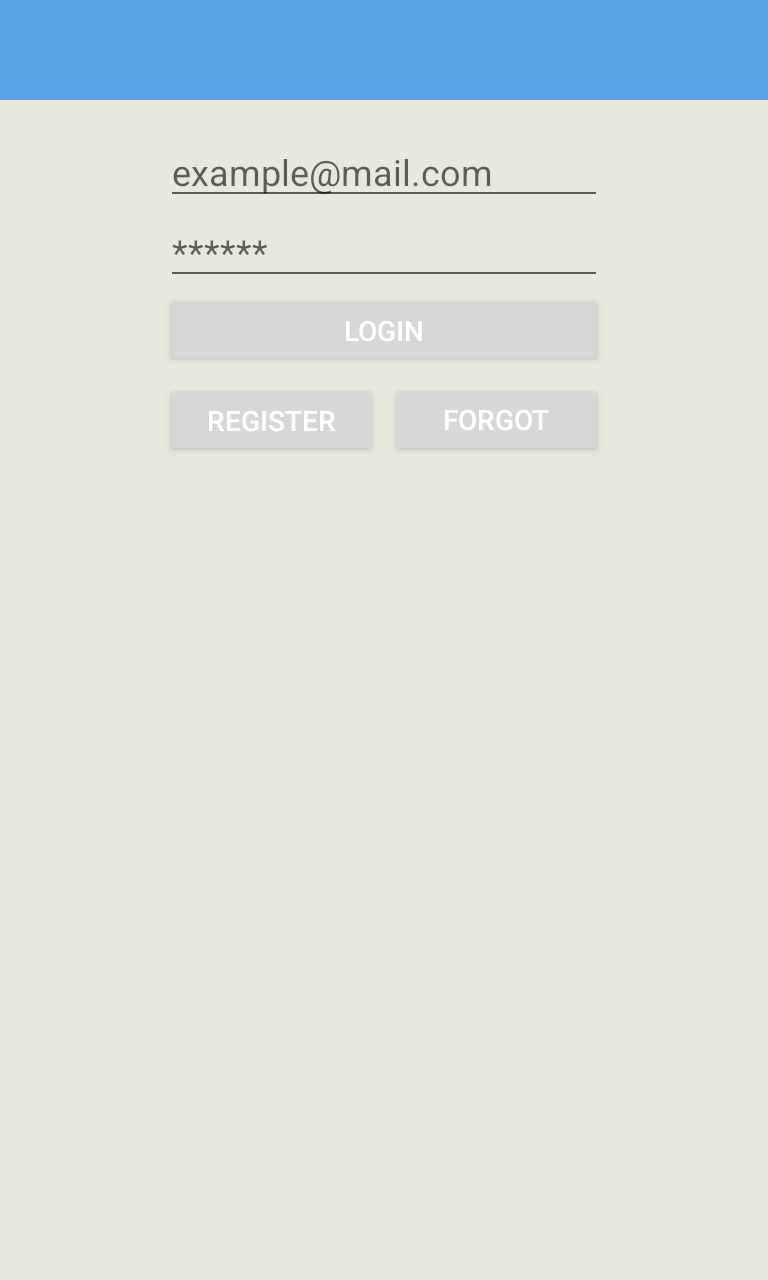
Repository: thomasb101/SYE-PUBapp
Layout: Android/SYE_PUB/res/layout/activity_login.xml
These files come from the project's save history. The layout is drawn as it stood at one moment and after the next save; the edit follows.
It is drawn on a 768 x 1280 px phone screen (xhdpi) without system bars, with theme AppTheme; the app's code is not run. The app's manifest (not shown) leaves right-to-left support off. So textAlignment, textDirection and layoutDirection are ignored, and left and right values win over start and end ones.

Above is the layout before, as saved 2014-10-19 21:18:15.

After the next save:
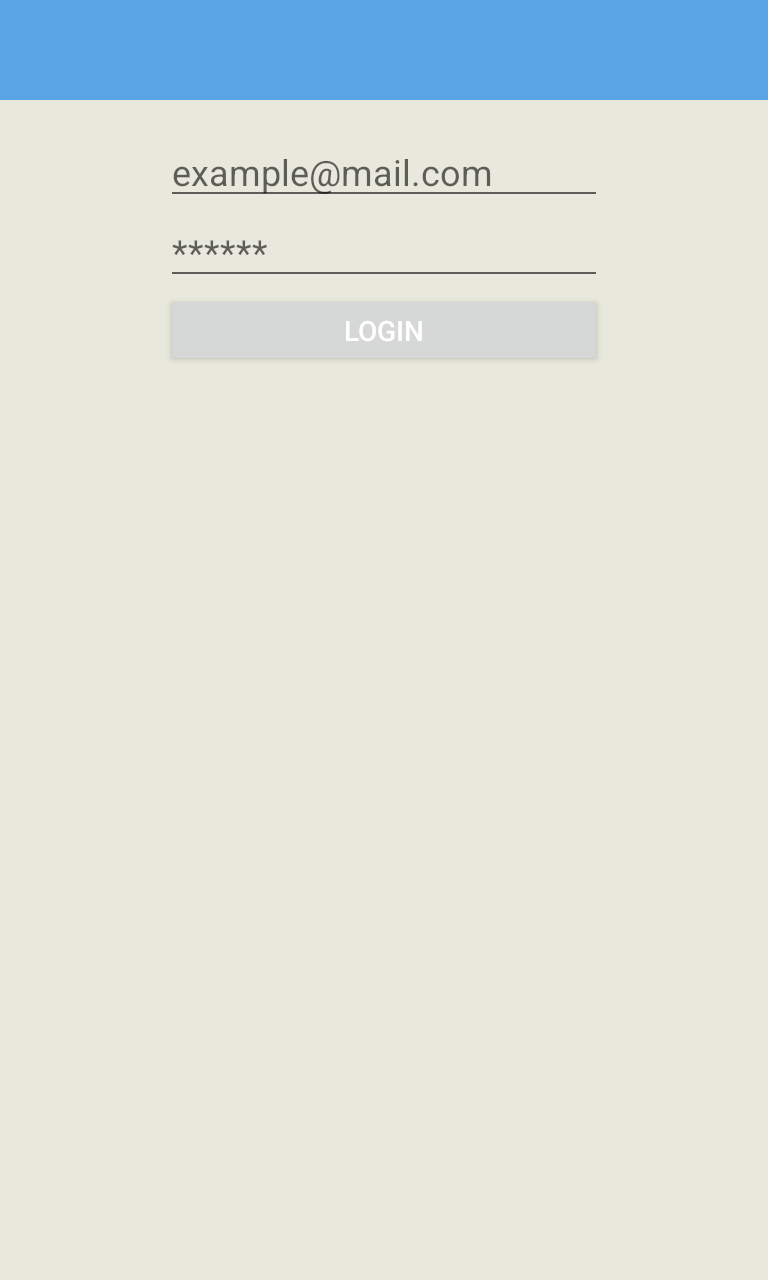
Saved 68 s later.
--- a/Android/SYE_PUB/res/layout/activity_login.xml
+++ b/Android/SYE_PUB/res/layout/activity_login.xml
@@ -34,27 +34,5 @@
         android:textColor="#ffffff"
         android:textAlignment="center"
         android:text="Login"/>
-    <LinearLayout
-        android:layout_width="440px"
-        android:layout_height="wrap_content"
-        android:layout_marginTop="10px"
-        android:layout_gravity="center"
-        android:orientation="horizontal" >
-        <Button
-            android:layout_width="215px"
-            android:layout_height="80px"
-            android:layout_gravity="center"
-            android:id="@+id/register"
-            android:textColor="#ffffff"
-            android:textAlignment="center"
-            android:text="Register"/>
-        <Button
-            android:layout_width="215px"
-            android:layout_height="80px"
-            android:id="@+id/forgotpass"
-            android:layout_marginLeft="10px"
-            android:textColor="#ffffff"
-            android:textAlignment="center"
-            android:text="Forgot Password"/>
-    </LinearLayout>
+
 </LinearLayout>
